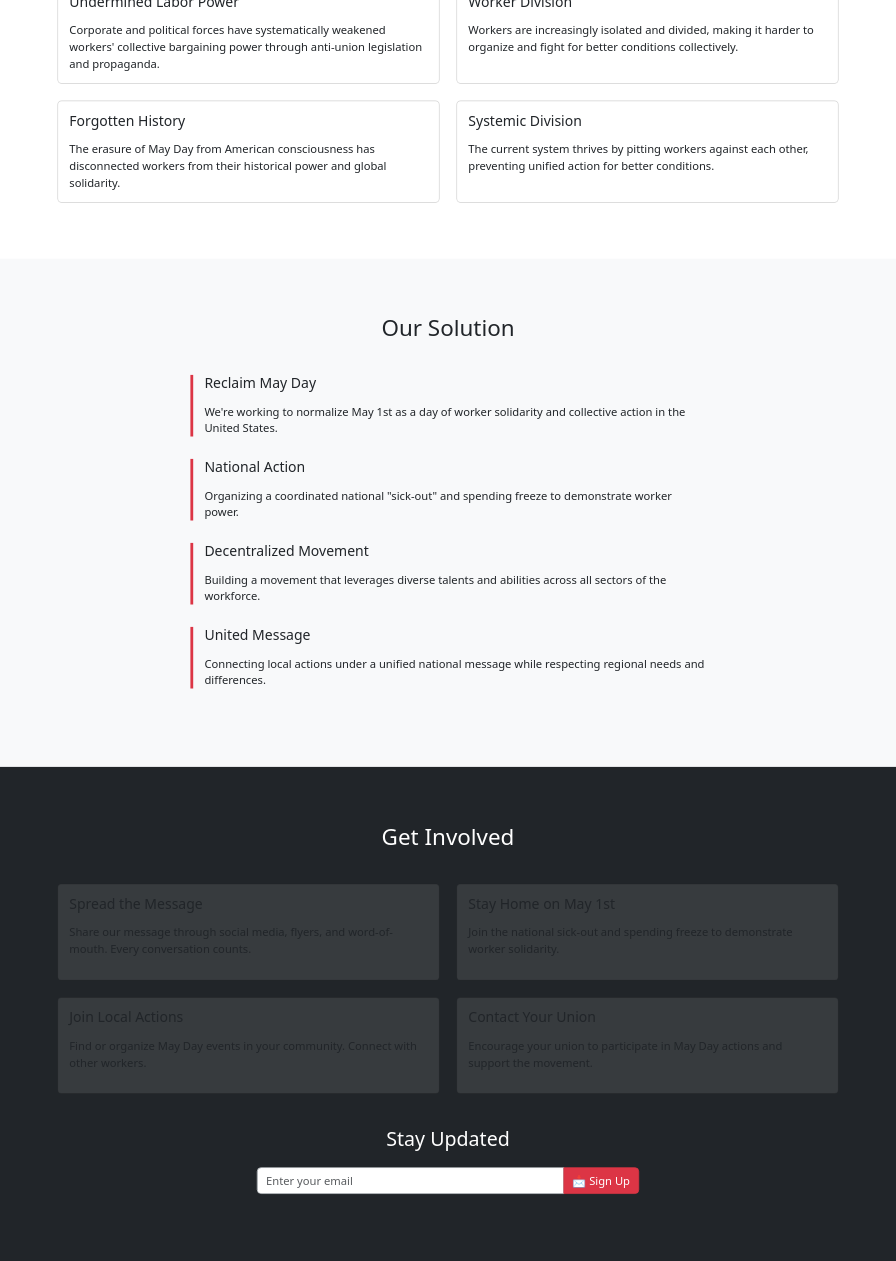
Repository: NoCoMozi/MayDayMovement
Page: index.html
The author's editor kept a copy of each file at every save. The page is drawn from the files as they stood at one save, then again after the next save.
The browser window is 1280 px wide. The pictures show the part of the page from y = 1392 to 3312 px (the page is 3193 px tall before and 3312 px after), at 70% of full size.

Above is the page before, as saved 2025-02-07 12:15:42.

### index.html
<!DOCTYPE html>
<html lang="en">
<head>
    <meta charset="UTF-8">
    <meta name="viewport" content="width=device-width, initial-scale=1.0">
    <title>May Day Movement</title>
    <link href="https://cdnjs.cloudflare.com/ajax/libs/bootstrap/5.3.2/css/bootstrap.min.css" rel="stylesheet">
    <style>
        .hero-section {
            min-height: 100vh;
            background-color: rgba(0, 0, 0, 0.8);
            position: relative;
        }
        .navbar {
            background-color: #dc3545 !important;
        }
        .nav-link.active {
            border-bottom: 2px solid white;
        }
        section {
            padding: 5rem 0;
        }
        .problem-card {
            height: 100%;
        }
        .solution-item {
            border-left: 4px solid #dc3545;
            padding-left: 1rem;
            margin-bottom: 2rem;
        }
        .get-involved-card {
            background-color: rgba(255, 255, 255, 0.1);
            height: 100%;
        }
    </style>
</head>
<body>
    <!-- Navigation -->
    <nav class="navbar navbar-expand-lg navbar-dark fixed-top">
        <div class="container">
            <a class="navbar-brand" href="#home">May Day Movement</a>
            <button class="navbar-toggler" type="button" data-bs-toggle="collapse" data-bs-target="#navbarNav">
                <span class="navbar-toggler-icon"></span>
            </button>
            <div class="collapse navbar-collapse" id="navbarNav">
                <ul class="navbar-nav ms-auto">
                    <li class="nav-item">
                        <a class="nav-link active" href="#home">Home</a>
                    </li>
                    <li class="nav-item">
                        <a class="nav-link" href="#history">History</a>
                    </li>
                    <li class="nav-item">
                        <a class="nav-link" href="#problem">The Problem</a>
                    </li>
                    <li class="nav-item">
                        <a class="nav-link" href="#solution">Our Solution</a>
                    </li>
                    <li class="nav-item">
                        <a class="nav-link" href="#involve">Get Involved</a>
                    </li>
                </ul>
            </div>
        </div>
    </nav>

    <!-- Hero Section -->
    <section id="home" class="hero-section text-white d-flex align-items-center">
        <div class="container text-center">
            <h1 class="display-3 mb-4">May 1st – The Day Workers Take Back Their Power</h1>
            <p class="lead mb-5">International Workers' Day was born in the U.S. but erased from our culture. It's time to reclaim it.</p>
            <a href="#involve" class="btn btn-danger btn-lg px-5">📢 Join the Movement</a>
        </div>
    </section>

    <!-- History Section -->
    <section id="history" class="bg-light">
        <div class="container">
            <h2 class="text-center mb-5">History of International Workers' Day</h2>
            <div class="row justify-content-center">
                <div class="col-lg-8">
                    <p class="mb-4">The Haymarket Affair of 1886 sparked a global labor movement that would forever change workers' rights. As workers fought for an 8-hour workday, their struggle led to the establishment of May Day as International Workers' Day.</p>
                    <p class="mb-4">Today, May Day is celebrated in over 80 countries worldwide as a public holiday - except in the United States, where its origins have been deliberately obscured.</p>
                    <p>The erasure of May Day from American consciousness was a calculated effort to weaken labor solidarity and disconnect American workers from the global labor movement.</p>
                </div>
            </div>
        </div>
    </section>

    <!-- Problem Section -->
    <section id="problem">
        <div class="container">
            <h2 class="text-center mb-5">The Problem</h2>
            <div class="row g-4">
                <div class="col-md-6">
                    <div class="card problem-card">
                        <div class="card-body">
                            <h3 class="h5 mb-3">Undermined Labor Power</h3>
                            <p class="card-text">Corporate and political forces have systematically weakened workers' collective bargaining power through anti-union legislation and propaganda.</p>
                        </div>
                    </div>
                </div>
                <div class="col-md-6">
                    <div class="card problem-card">
                        <div class="card-body">
                            <h3 class="h5 mb-3">Worker Division</h3>
                            <p class="card-text">Workers are increasingly isolated and divided, making it harder to organize and fight for better conditions collectively.</p>
                        </div>
                    </div>
                </div>
                <div class="col-md-6">
                    <div class="card problem-card">
                        <div class="card-body">
                            <h3 class="h5 mb-3">Forgotten History</h3>
                            <p class="card-text">The erasure of May Day from American consciousness has disconnected workers from their historical power and global solidarity.</p>
                        </div>
                    </div>
                </div>
                <div class="col-md-6">
                    <div class="card problem-card">
                        <div class="card-body">
                            <h3 class="h5 mb-3">Systemic Division</h3>
                            <p class="card-text">The current system thrives by pitting workers against each other, preventing unified action for better conditions.</p>
                        </div>
                    </div>
                </div>
            </div>
        </div>
    </section>

    <!-- Solution Section -->
    <section id="solution" class="bg-light">
        <div class="container">
            <h2 class="text-center mb-5">Our Solution</h2>
            <div class="row justify-content-center">
                <div class="col-lg-8">
                    <div class="solution-item">
                        <h3 class="h5 mb-3">Reclaim May Day</h3>
                        <p>We're working to normalize May 1st as a day of worker solidarity and collective action in the United States.</p>
                    </div>
                    <div class="solution-item">
                        <h3 class="h5 mb-3">National Action</h3>
                        <p>Organizing a coordinated national "sick-out" and spending freeze to demonstrate worker power.</p>
                    </div>
                    <div class="solution-item">
                        <h3 class="h5 mb-3">Decentralized Movement</h3>
                        <p>Building a movement that leverages diverse talents and abilities across all sectors of the workforce.</p>
                    </div>
                    <div class="solution-item">
                        <h3 class="h5 mb-3">United Message</h3>
                        <p>Connecting local actions under a unified national message while respecting regional needs and differences.</p>
                    </div>
                </div>
            </div>
        </div>
    </section>

    <!-- Get Involved Section -->
    <section id="involve" class="bg-dark text-white">
        <div class="container">
            <h2 class="text-center mb-5">Get Involved</h2>
            <div class="row g-4 mb-5">
                <div class="col-md-6">
                    <div class="card get-involved-card">
                        <div class="card-body">
                            <h3 class="h5 mb-3">Spread the Message</h3>
                            <p>Share our message through social media, flyers, and word-of-mouth. Every conversation counts.</p>
                        </div>
                    </div>
                </div>
                <div class="col-md-6">
                    <div class="card get-involved-card">
                        <div class="card-body">
                            <h3 class="h5 mb-3">Stay Home on May 1st</h3>
                            <p>Join the national sick-out and spending freeze to demonstrate worker solidarity.</p>
                        </div>
                    </div>
                </div>
                <div class="col-md-6">
                    <div class="card get-involved-card">
                        <div class="card-body">
                            <h3 class="h5 mb-3">Join Local Actions</h3>
                            <p>Find or organize May Day events in your community. Connect with other workers.</p>
                        </div>
                    </div>
                </div>
                <div class="col-md-6">
                    <div class="card get-involved-card">
                        <div class="card-body">
                            <h3 class="h5 mb-3">Contact Your Union</h3>
                            <p>Encourage your union to participate in May Day actions and support the movement.</p>
                        </div>
                    </div>
                </div>
            </div>

            <!-- Email Signup -->
            <div class="row justify-content-center">
                <div class="col-lg-6 text-center">
                    <h3 class="mb-4">Stay Updated</h3>
                    <div class="input-group mb-3">
                        <input type="email" class="form-control" placeholder="Enter your email">
                        <button class="btn btn-danger">📩 Sign Up</button>
                    </div>
                </div>
            </div>
        </div>
    </section>

    <script src="https://cdnjs.cloudflare.com/ajax/libs/bootstrap/5.3.2/js/bootstrap.bundle.min.js"></script>
    <script>
        document.querySelectorAll('a[href^="#"]').forEach(anchor => {
            anchor.addEventListener('click', function (e) {
                e.preventDefault();
                document.querySelector(this.getAttribute('href')).scrollIntoView({
                    behavior: 'smooth'
                });
            });
        });

        // Update active nav link on scroll
        window.addEventListener('scroll', () => {
            let current = '';
            document.querySelectorAll('section').forEach(section => {
                const sectionTop = section.offsetTop;
                if (scrollY >= sectionTop - 60) {
                    current = section.getAttribute('id');
                }
            });

            document.querySelectorAll('.nav-link').forEach(li => {
                li.classList.remove('active');
                if (li.getAttribute('href').slice(1) === current) {
                    li.classList.add('active');
                }
            });
        });
    </script>
</body>
</html>

After the next save:
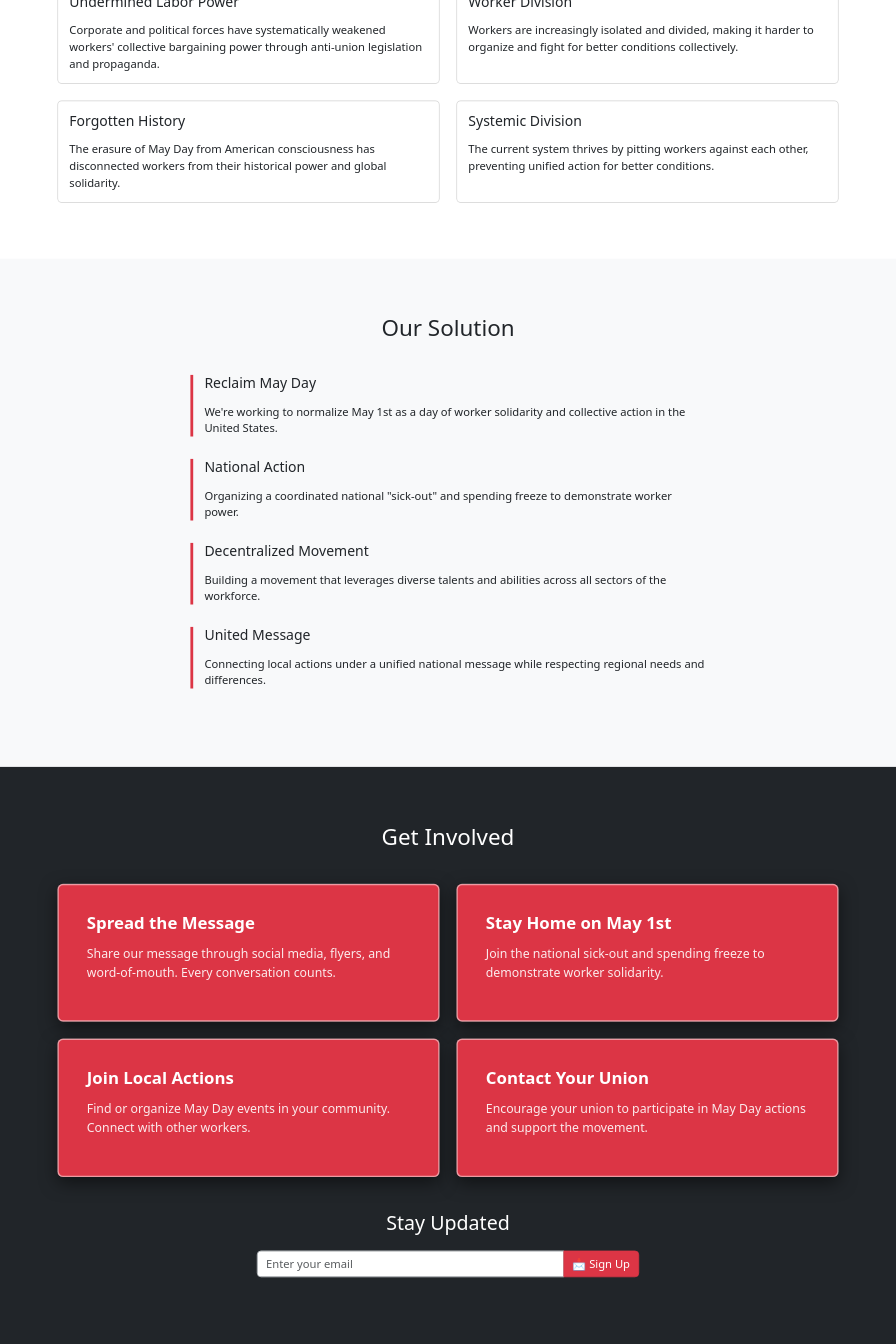
Saved 7 min 4 s later.
--- a/index.html
+++ b/index.html
@@ -29,8 +29,32 @@
             margin-bottom: 2rem;
         }
         .get-involved-card {
-            background-color: rgba(255, 255, 255, 0.1);
+            background-color: #dc3545;
             height: 100%;
+            border: 2px solid rgba(255, 255, 255, 0.5);
+            border-radius: 8px;
+            box-shadow: 0 8px 24px rgba(0, 0, 0, 0.5);
+            transition: transform 0.2s, box-shadow 0.2s;
+            padding: 1.5rem;
+        }
+        .get-involved-card:hover {
+            transform: translateY(-5px);
+            box-shadow: 0 12px 28px rgba(0, 0, 0, 0.6);
+            background-color: #e74555;
+        }
+        #involve {
+            background-color: #212529;
+        }
+        .get-involved-card h3 {
+            color: white;
+            font-size: 1.5rem;
+            margin-bottom: 1rem;
+            font-weight: 600;
+        }
+        .get-involved-card p {
+            color: rgba(255, 255, 255, 0.9);
+            font-size: 1.1rem;
+            line-height: 1.5;
         }
     </style>
 </head>
